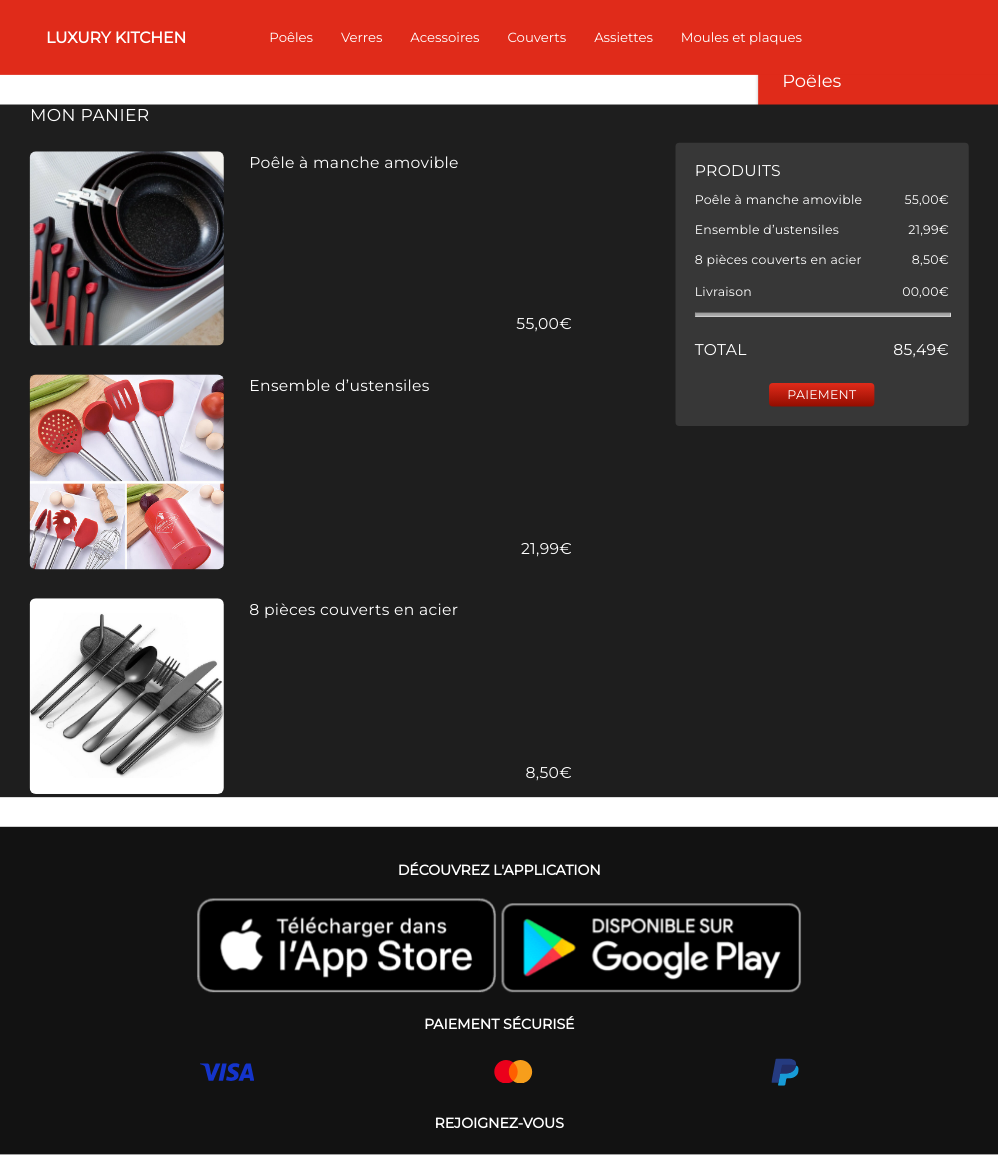
Repository: Juannpl/Luxury-Kicthen
Page: html/panier.html
These files come from the project's save history. The page is drawn as it stood at one moment and after a run of saves; the edit follows.
The browser window is 1280 px wide. The pictures show the whole page, at 78% of full size.
Some icons come from a web library that is not loaded, so they are not drawn.

Above is the page before, as saved 2023-02-17 10:28:34.

After the next 2 saves:
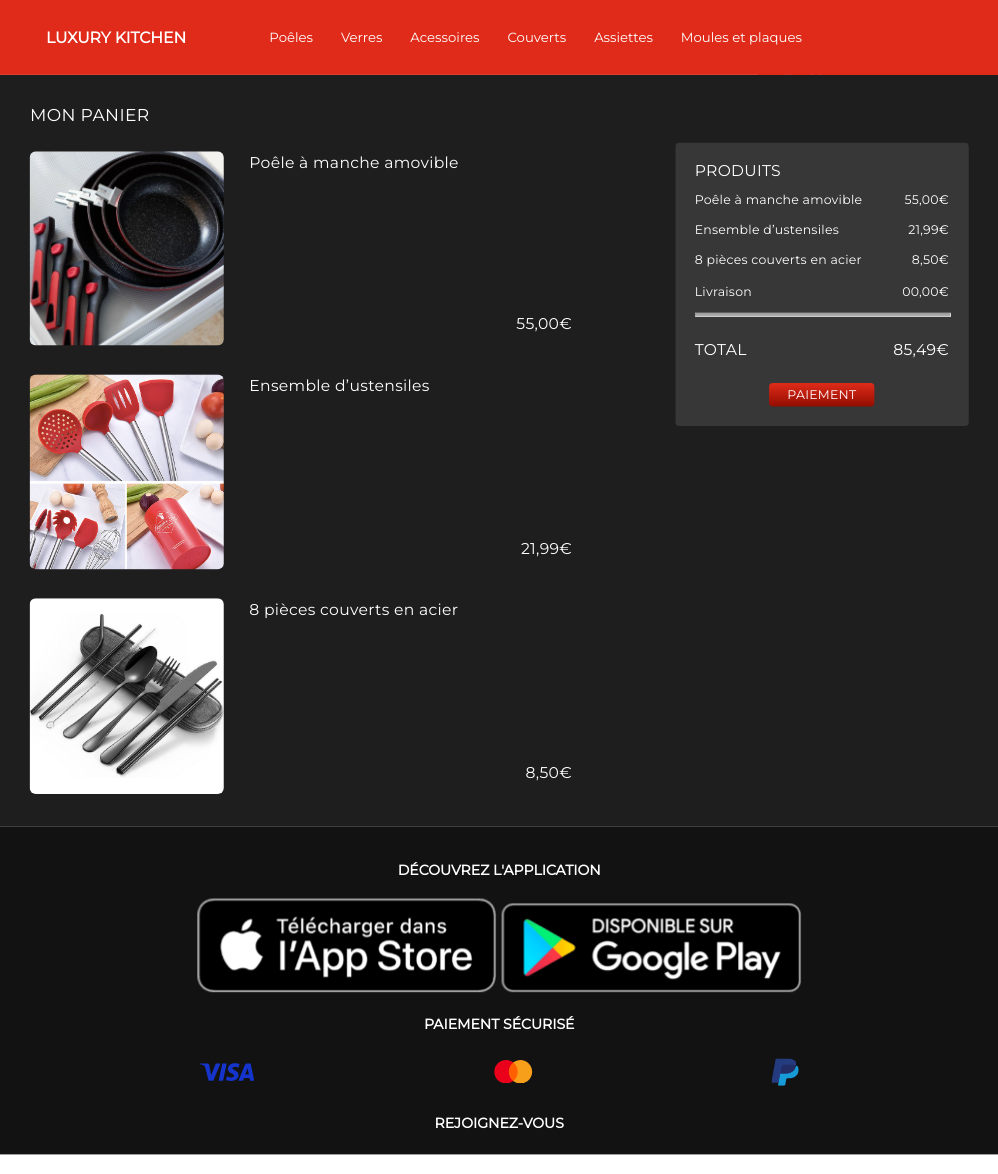
The 2 saves are shown as one change because they came seconds apart.
The last was saved 55 s later.
--- a/css/panier.css
+++ b/css/panier.css
@@ -264,7 +264,7 @@ main{
 
 .container {
     display: flex;
-    margin: 3%;
+    padding: 3%;
 }
 
 .container_card {
